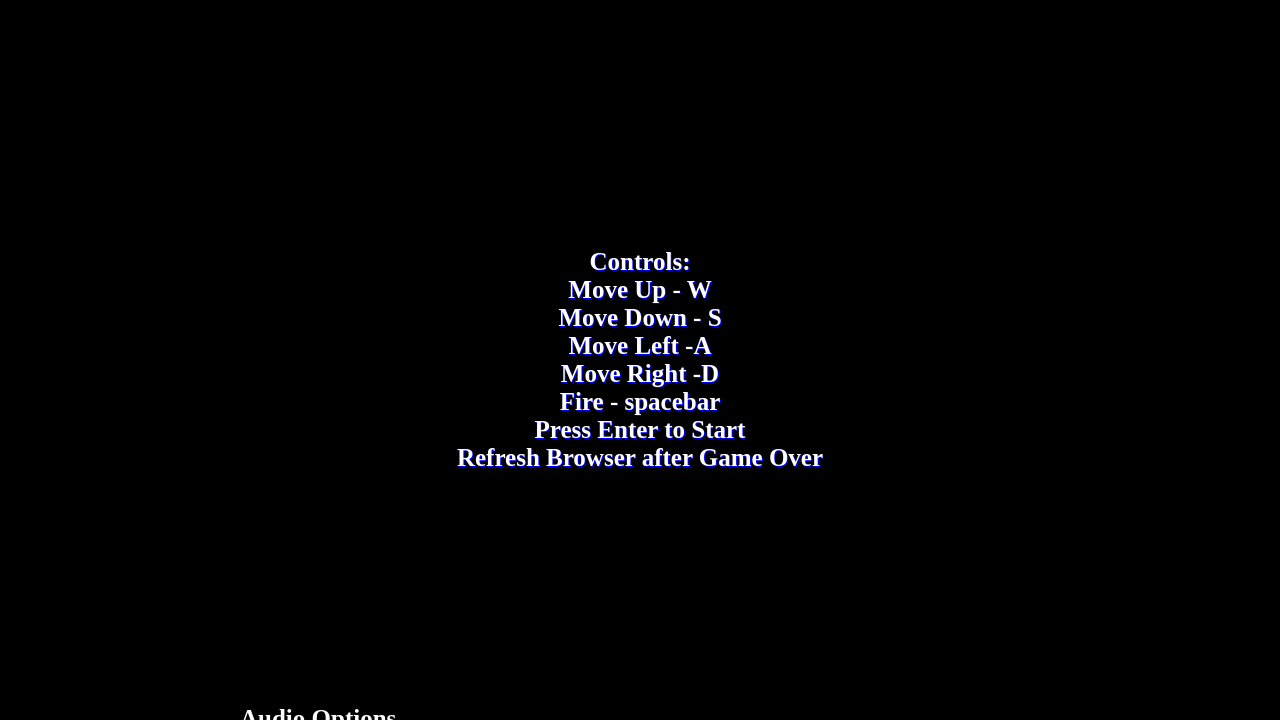
Repository: SammyGutierrez335/GalacticBreach
Page: index.html
These files come from the project's save history. The page is drawn as it stood at one moment and after a run of saves; the edit follows.
The browser window is 1280 px wide. The pictures show the whole page.

Above is the page before, as saved 2020-04-15 23:12:15.
Console error: TypeError: Cannot read properties of null (reading 'addEventListener')

### index.html
<html>
  <head>
    <meta charset="utf-8">
    <title>GALACTIC BREACH</title>
    <meta prefix="og: http://ogp.me/ns#" name="title" property='og:title'
      content="Galactic Attack" />
    <meta prefix="og: http://ogp.me/ns#" name="description"
      content="Fight off a fleet of enemy ships, can you survive?" />
    <meta prefix="og: http://ogp.me/ns#" property='og:description'
      content="Fight off a fleet of enemies, can you survive?" />
    <meta prefix="og: http://ogp.me/ns#" property='og:url'
      content="https://sammygutierrez335.github.io/GalacticBreach/" />
    <meta prefix="og: http://ogp.me/ns#" name="image" property='og:image'
      content="https://photos.google.com/photo/AF1QipOBm13ja8uh9DHqOrr0tgQlxpMD8etCQgijCftV" />
    <meta name="viewport" content="width=device-width">
    <style>
      .sfx-mute{
        content: url("assets/menu/sfx-toggle-mute.png");
      }
    </style>
    <link rel="stylesheet" href="./css/app.css">
  </head>
  <body>
    <div id="instructions"> Controls:
      <div> Move Up - <span class="key">W</span></div>
      <div> Move Down - <span class="key">S</span></div>
      <div> Move Left -<span class="key">A</span></div>
      <div> Move Right -<span class="key">D</span></div>
      <div>Fire -  <span class="key">spacebar</span></div>
      <div>
        Press Enter to Start
      </div>
      <div>
        Refresh Browser after Game Over
      </div>
    </div>
    <script type="text/javascript" src="dist/main.js"></script>
    <div class="audio-options">
      <p>Audio Options</p>
      <button id="music-toggle-button">
        <img class="toggle" src="assets/menu/music-toggle.png" />
      </button>
      <button id="sfx-toggle-button">
        <img class="toggle" src="assets/menu/sfx-toggle.png" />
      </button>
    </div>
  </body>
</html>

### css/app.css
body {
  background: black;
  display: flex;
  justify-content: center;
  align-items: center;
}

canvas {
  max-height: 480px;
  max-width: 960px;
  background: black;
}

.wrapper {
  color: black;
}

#instructions {
  background: black;
  min-height: 480;
  min-width: 250;
  max-width: 400;
  max-height: 480;
  font-family: fantasy;
  color: white;
  font-size: 25;
  font-weight: 800;
  display: flex;
  flex-direction: column;
  justify-content: center;
  align-items: center;
  text-shadow: 1px 1px 0px blue;
  -webkit-font-smoothing: antialiased;
  -moz-osx-font-smoothing: grayscale;
  text-rendering: optimizeLegibility;
}

.scoreboard-canvas {
  background-image: url("https://mcdn.wallpapersafari.com/medium/97/59/pdCfQ6.jpg");
  max-height: 420;
  min-width: 550;
  font-family: fantasy;
  object-fit: cover;
  color: white;
  font-size: 25;
  font-weight: 800;
  display: flex;
  flex-direction: column;
  align-items: flex-start;
  justify-content: flex-end;
}
.audio-options{
  position: absolute;
  left: 240px;
  top: 680px;
  font-family: fantasy;
}
.audio-options p {
  color: white;
  font-size: 25;
  font-weight: 800;
}
button{
  background:none;
}

.toggle {
  width: 50px;
  height: 50px;
}

Loaded but not shown: dist/main.js (161 lines, source omitted)

After the next 2 saves:
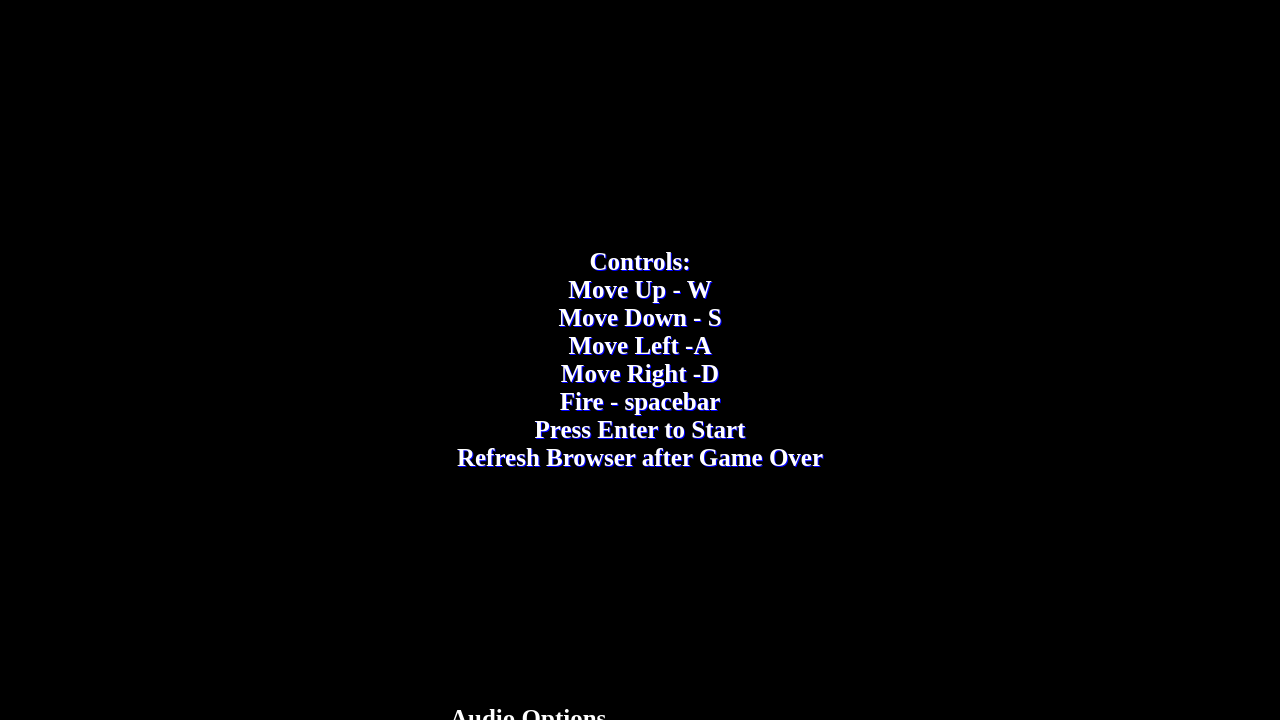
The 2 saves are shown as one change because they came seconds apart.
The last was saved 7 s later.
--- a/css/app.css
+++ b/css/app.css
@@ -51,7 +51,7 @@ canvas {
 }
 .audio-options{
   position: absolute;
-  left: 240px;
+  left: 450px;
   top: 680px;
   font-family: fantasy;
 }
